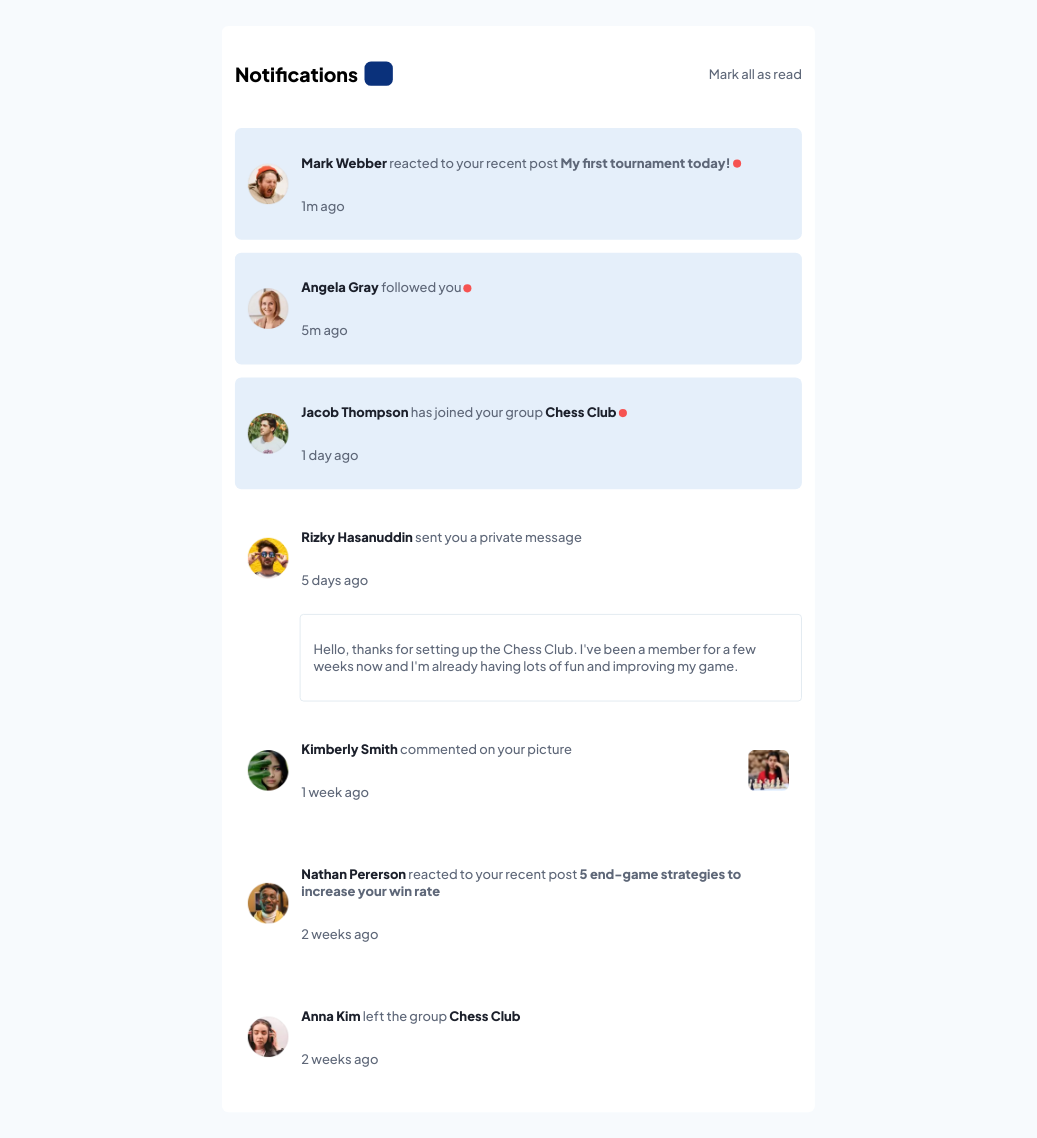
Repository: yerk00/Practicando-python
Page: Notifications-page-main/index.html
The author's editor kept a copy of each file at every save. The page is drawn from the files as they stood at one save, then again after the next save.
The browser window is 1280 px wide. The pictures show the whole page, at 81% of full size.

Above is the page before, as saved 2023-04-13 20:28:55.

After the next save:
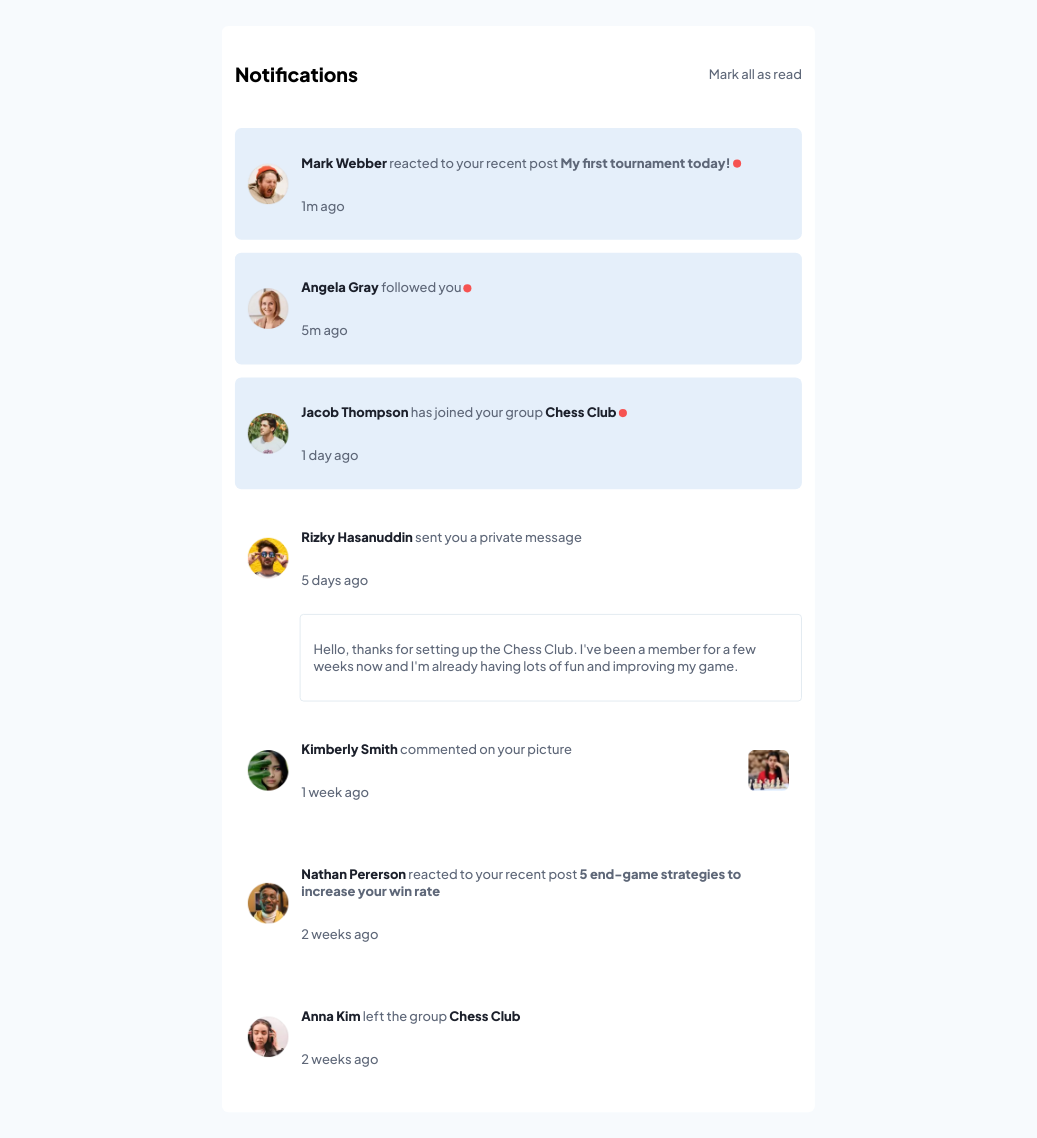
Saved 6 min 21 s later.
--- a/Notifications-page-main/style.css
+++ b/Notifications-page-main/style.css
@@ -43,7 +43,7 @@ header {
   display: flex;
   align-items: center;
 }
-#notifes {
+#notificaciones {
   background-color: var(--Blue);
   margin-left: 0.5rem;
   width: 35px;
